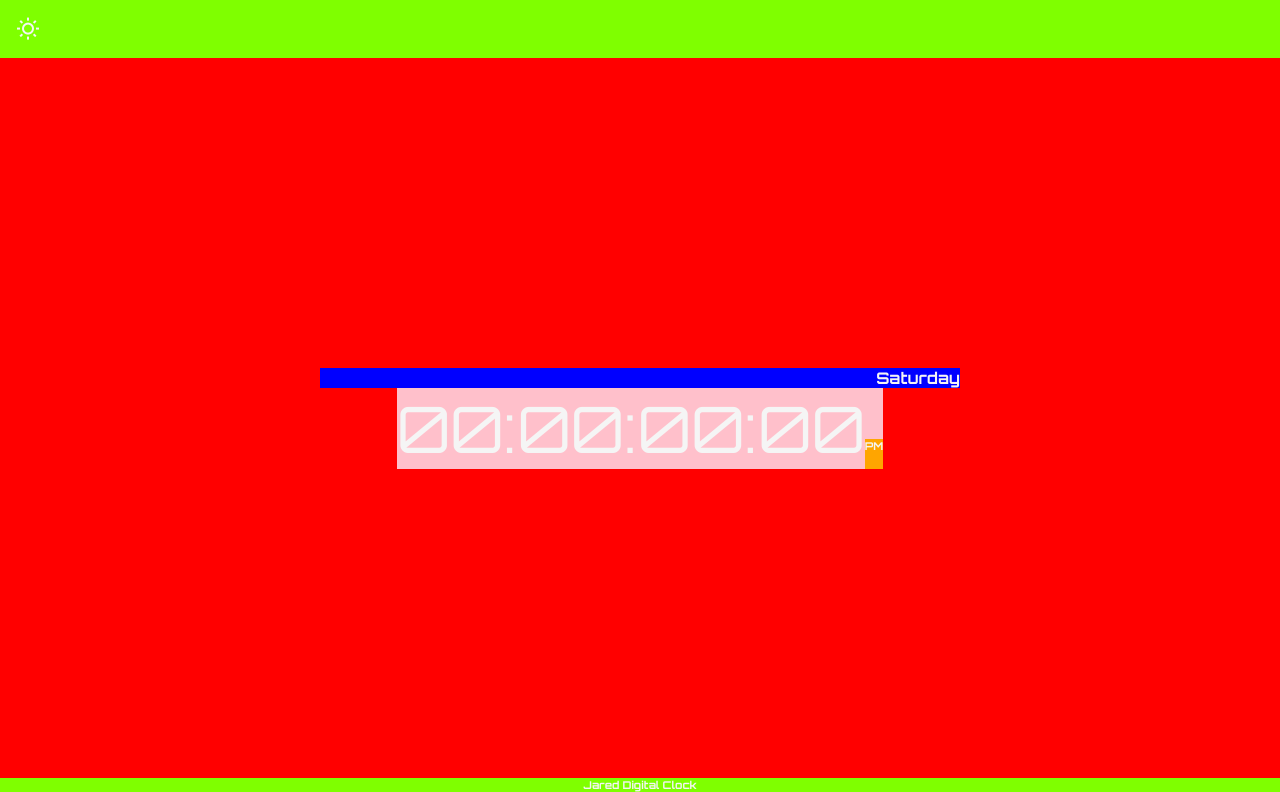
Repository: EguJaredoBoyd/Jared-Digital-Clock
Page: index.html
The author's editor kept a copy of each file at every save. The page is drawn from the files as they stood at one save, then again after the next save.
The browser window is 1280 px wide. The pictures show the whole page.
Some web libraries are served in a nearby version.

Above is the page before, as saved 2026-01-04 00:13:43.

After the next save:
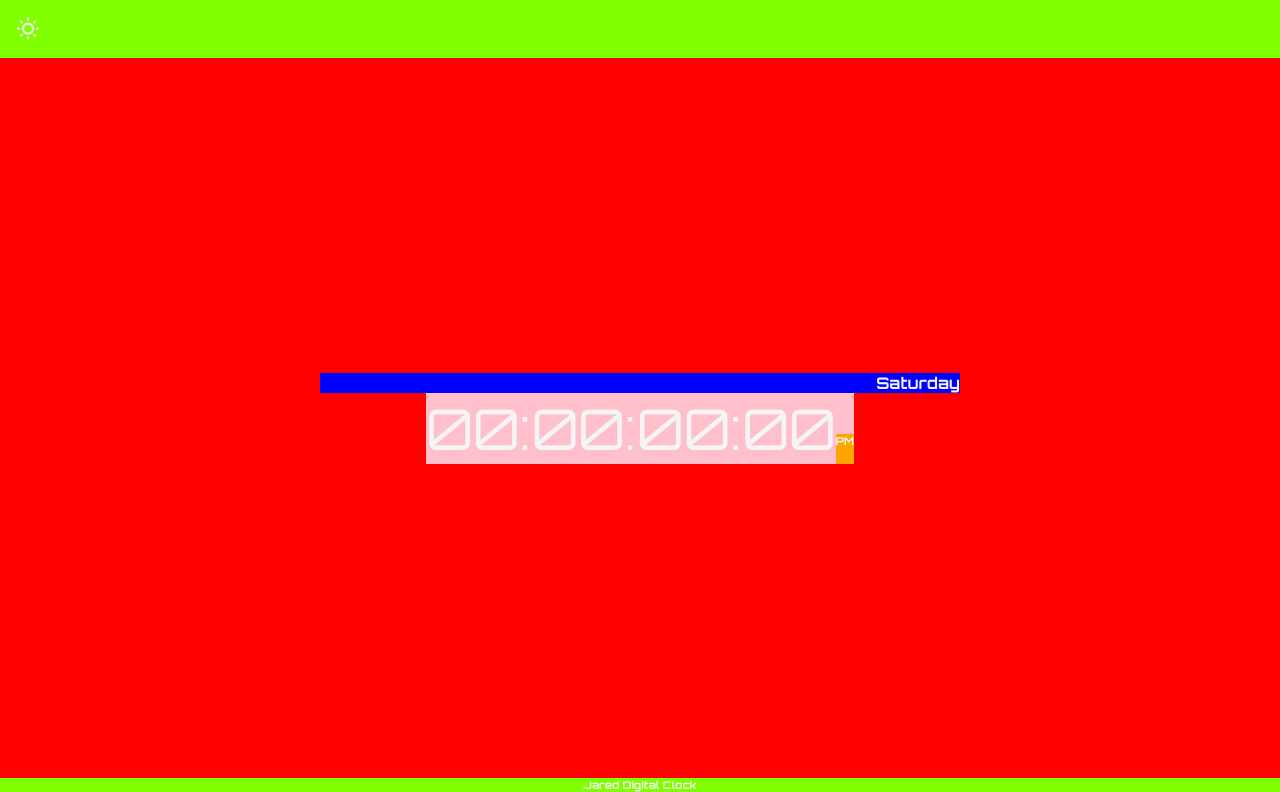
Saved 14 s later.
--- a/css/styles.css
+++ b/css/styles.css
@@ -63,7 +63,7 @@ header button i {
 }
 
 .watch-container__time p {
-  font-size: 4rem;
+  font-size: 3.5rem;
 }
 
 .watch-container__time h6 {
